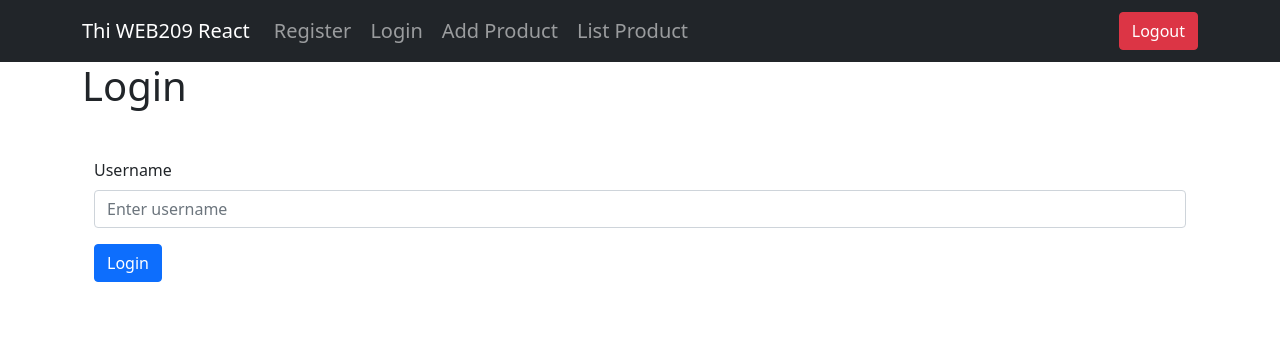
Repository: Lemon-ooo/PersonalTaskManager
Page: /login
An editor plug-in stored every save of this project. The page is shown before and after the next save, followed by the edit.
The browser window is 1280 px wide. The pictures show the whole page.
The project was rebuilt for these pictures with package versions that can differ from the ones it lists, and the page was loaded fresh each time. Also part of the build but not shown: vite.config.ts, src/page/TaskList.tsx, src/page/Register.tsx, src/page/TaskAdd.tsx, src/page/TaskEdit.tsx.

Above is the page before, as saved 2025-07-26 19:00:59.

After the next save:
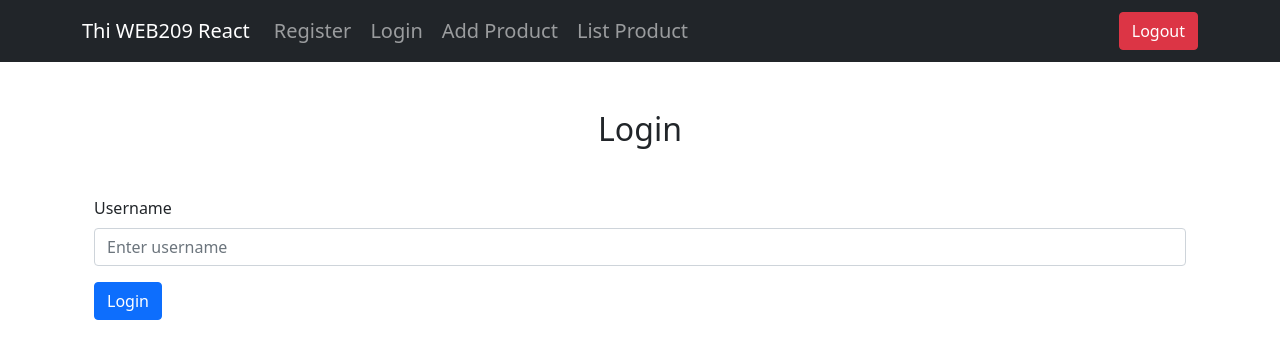
Saved 35 s later.
--- a/src/page/Login.tsx
+++ b/src/page/Login.tsx
@@ -1,14 +1,19 @@
+import React from "react";
 import AuthForm from "../components/AuthForm";
 import { useAuth } from "../hooks/useAuth";
+import { User } from "../services/auth";
 
-const Login = () => {
+export default function LoginPage() {
   const { handleLogin } = useAuth();
+
+  const onSubmit = (data: User) => {
+    handleLogin(data);
+  };
+
   return (
-    <div>
-      <h1>Login</h1>
-      <AuthForm onSubmit={handleLogin} />
+    <div className="mt-5">
+      <h2 className="text-center">Login</h2>
+      <AuthForm onSubmit={onSubmit} />
     </div>
   );
-};
-
-export default Login;
+}
